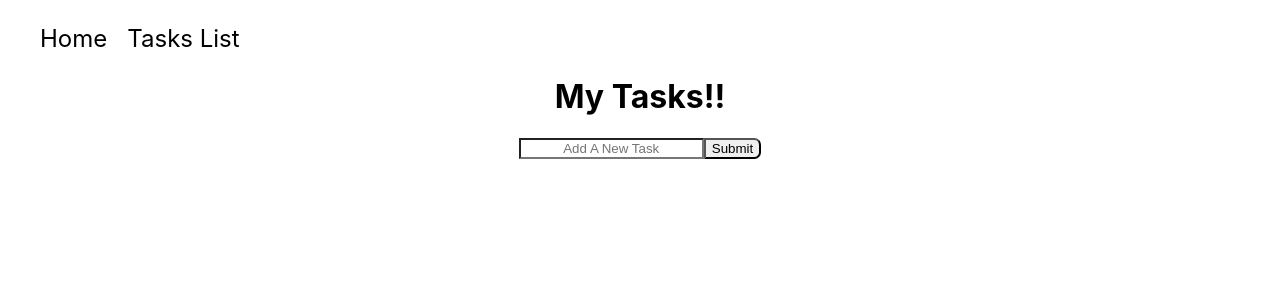
Repository: runner855/abstract_todolist
Page: /
An editor plug-in stored every save of this project. The page is shown before and after the next save, followed by the edit.
The browser window is 1280 px wide. The pictures show the whole page.
The project was rebuilt for these pictures with package versions that can differ from the ones it lists, and the page was loaded fresh each time.

Above is the page before, as saved 2022-11-08 16:34:16.

After the next save:
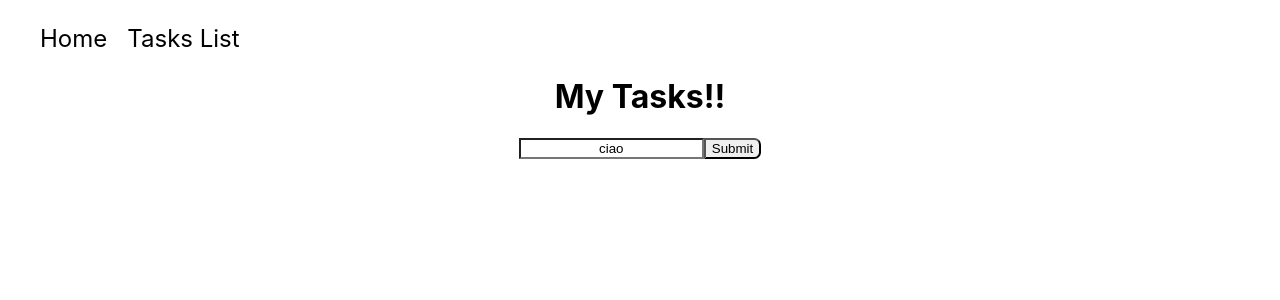
Saved 36 s later.
--- a/src/App.tsx
+++ b/src/App.tsx
@@ -14,7 +14,7 @@
           type="text"
           placeholder="Add A New Task"
           onChange={(e) => setValue(e.target.value)}
-          value={value}
+          value={"ciao"}
         ></input>
 
         <button onClick={() => console.log("clicked")}>Submit</button>

After the save that followed:
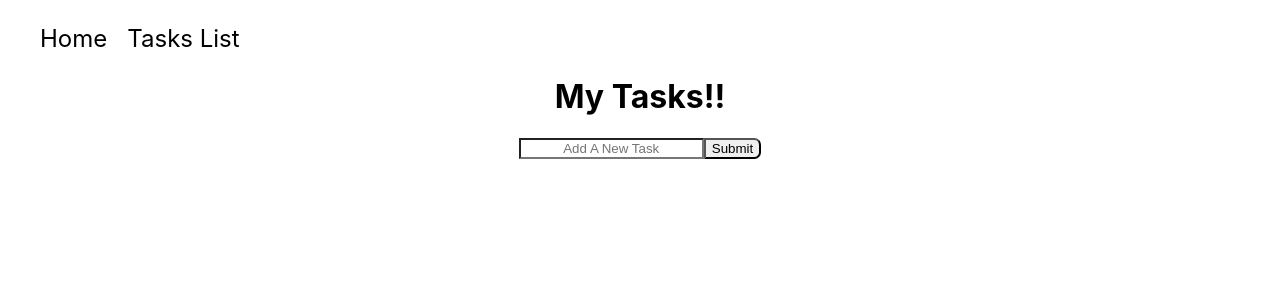
Saved 60 s later.
--- a/src/App.tsx
+++ b/src/App.tsx
@@ -14,7 +14,7 @@
           type="text"
           placeholder="Add A New Task"
           onChange={(e) => setValue(e.target.value)}
-          value={"ciao"}
+          value={value}
         ></input>
 
         <button onClick={() => console.log("clicked")}>Submit</button>
